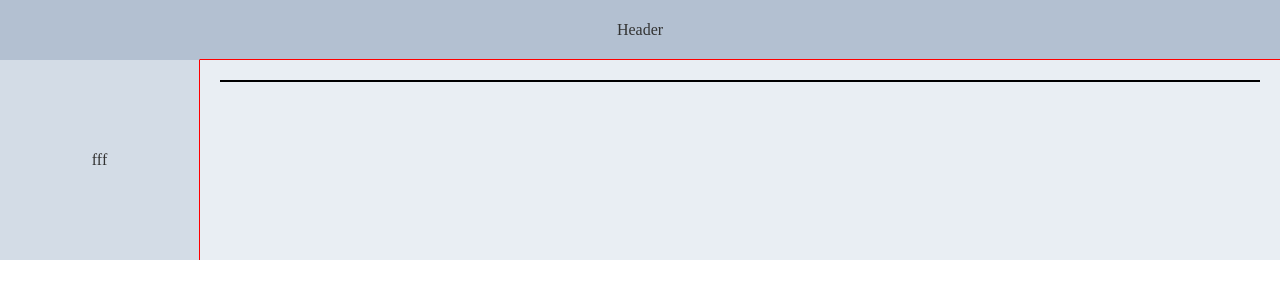
Repository: noob-injoker/router-slots-cw-ee
Page: /
These files come from the project's save history. The page is drawn as it stood at one moment and after the next save; the edit follows.
The browser window is 1280 px wide. The pictures show the whole page.
The project was rebuilt for these pictures with package versions that can differ from the ones it lists, and the page was loaded fresh each time. Also part of the build but not shown: vue.config.js, src/views/Home.vue.

Above is the page before, as saved 2020-08-30 07:24:44.

### src/main.js
import Vue from 'vue'
import App from './App.vue'
import router from './router'
import store from './store'
import './bus'
import ElementUI from 'element-ui'
import 'element-ui/lib/theme-chalk/index.css'

Vue.use(ElementUI)

Vue.config.productionTip = false

new Vue({
  router,
  store,
  render: h => h(App)
}).$mount('#app')

### src/App.vue
<template>
<div id="app">

  <router-view />

</div>
</template>

<style>
@import './styles/styles.scss';
@import './styles/common.scss';
</style>

### src/router/index.js
import Vue from 'vue'
import VueRouter from 'vue-router'
import Home from '../views/Home.vue'
import Layout from '../views/Layout.vue'

Vue.use(VueRouter)

  const routes = [
    {
      path: '/',
      name: 'Layout',
      component: Layout,
      children: [

        {
          path: 'Home',
          name: 'Home',
          component: Home
        }
        // ,
        // {
        //   path: 'cata',
        //   name: 'cata',
        //   component: () => import('../views/cata.vue')
        // }
      ]

    },
    {
      path:'/Login',
      name:"Login",
      component: () => import('../views/Login.vue'),
      meta:{
        title:'登录'
      }
    },
  // ,
  // {
  //   path: '/about',
  //   name: 'About',
  //   // route level code-splitting
  //   // this generates a separate chunk (about.[hash].js) for this route
  //   // which is lazy-loaded when the route is visited.
  //   component: () => import(/* webpackChunkName: "about" */ '../views/About.vue')
  // }

]

const router = new VueRouter({
  mode: 'history',
  base: process.env.BASE_URL,
  routes
})

export default router

### src/store/index.js
import Vue from 'vue'
import Vuex from 'vuex'
import user from './user/user'

Vue.use(Vuex)

export default new Vuex.Store({
  state: {
    some:""
  },
  mutations: {
    setSome(state,data){
      state.some = data
    }
  },
  actions: {
  },
  modules: {
    user
  }
})

### src/bus/index.js
import Vue from 'vue'
const bus = new Vue()
Vue.prototype.$bus = bus

### src/styles/styles.scss
.username .el-form-item__label,.password .el-form-item__label{
    text-align: left;
}
.button-box .el-button--primary{
    width: 160px;
}

### src/styles/common.scss
*{
  margin: 0px;
  padding: 0px;
}

.df{
  display: flex;
}
.f-1{
  flex: 1;
}
.j-center{
  display: flex;
  justify-content: center;

}
.j-bettween{
  display: flex;
  justify-content: space-between;

}
.j-around{
  display: flex;
  justify-content: space-around;
}
.j-end{
  display: flex;
  justify-content: flex-end;
}
.a-center{
  align-items: center;
}
.f-column{
  display: flex;
  flex-direction: column;
}
.p-r{
  position: relative;
}
.p-a{
  position: absolute;
}

.r1{
  border: 1px solid red;
}
.y1{
  border: 1px solid yellow;
}
.b1{
  border: 1px solid black;
}

.l-height32{
  line-height: 32px;
}
.w100{

  width: 100%;

}
.t-center{
  text-align: center;

}
.f12{
  font-size: 12px;
}

.w1170{
  width: 1170px;
}
.h100{
  height: 100px;
}
.h70{
  height: 70px;
}
.h436{
  height: 436px;
}
.h350{
  height: 350px;
}
.w1070{
  width: 1070px;
}
.h1590{
  height: 1590px;
}
.h726{
  height: 726px;
}
.w1054{
  width: 1054px;
}
.h160{
  height: 160px;
}
.w732{
  width: 732px;
}
.b2{
  border: 2px solid black;
}
.h434{
  height: 434px;

}
.h600{
  height: 600px;
}
.w1078{
  width: 1078px;
}
.h362{
  height: 362px;
}
.fs16{
  font-size: 16px;
}
.w652{
  width: 652px;

}
.h82{
  height: 82px;
}
.w1064{
  width: 1064px;
}
.h352{
  height: 352px;
}
.w286{
  width: 286px;
}
.h22{
  height: 22px;
}
.w290{
  width: 290px;
}
.h330{
  height: 330px;
}
.mt40{
  margin-top: 40px;
}
.h724{
  height: 724px;
}
.h630{
  height: 630px;

}
.w1058{
  width: 1058px;
}
.h160{
  height: 160px;
}
.w290{
  width: 290px;
}
.w738{
  width: 738px;
}
.w1170{
  width: 1170;
}
.h468{
  height: 468px;
}
.mt20{
  margin-top: 20px;
}
.h318{
  height: 318px;
}
.w652{
  width: 652px;
}
.w370{
  width: 370px;
}
.h314{
  height: 314px;
}
.g1{
  border: 1px solid gray;
}
.w146{
  width: 146px;
}
.box_content3_pic img{
  width: 100%;
  height: 100%;
}
.w488{
  width: 488px;
}
.h420{
  height: 420px;
}
.h234{
  height: 234px;
}
.w950{
  width: 950px;
}
.h68{
  height: 68px;
}
.w124{
  width: 124px;
}
.h50{
  height: 50px;
}
.w190{
  width: 190px;
}
.h44{
  height: 44px;
}
.w184{
  width: 184px;
}
.h32{
  height: 32px;
}
.h400{
  height: 400px;
}
.w1200{
  width: 1200px;
}
.w950{
  width: 950px;

}
.h630{
  height: 630px;
}
.h188{
  height: 188px;
}
.h380{
  height: 380px;
}
.h335{
  height: 335px;
}
.h138{
  height: 138px;
}
.w238{
  width: 238px;
}
.h668{
  height: 668px;
}
.h446{
  height: 446px;
}
.w460{
  width: 460px;
}
.w140{
  width: 140px;
}
.h140{
  height: 140px;
}
.w320{
  width: 320px;
}
.w950{
  width: 950px;

}
.h498{
  height: 498px;
}
.h100{
  height: 100px;
}
.h398{
  height: 398px;
}
.mb10{
  margin-bottom: 10px;
}
.w358{
  width: 358px;
}
.w440{
  width: 440px;
}
.w119{
  width: 119px;
}
.h30{
  height: 30px;
}
.w59{
  width: 59px;
}
.h88{
  height: 88px;
}
.w1000{
  width: 1000px;
}
.height{
  height: 460px;
}
.w120{
  width: 120px;
}
.h70{
  height: 70px;
}
.fs12{
  font-size: 12px;
}
.fs14{
  font-size: 14px;
}
.h509{
  height: 509px;
}
.w644{
  width: 644px;
}
.w274{
  width: 274px;
}
.w162{
  width: 274px;
}
.h104{
  height: 104px;
}
.w450{
  width: 450px;
}
.w162{
  width: 162px;
}
.h38{
  height: 38px;
}
.h40{
  height: 40px;
}
.w276{
  width: 276px;
}
.h320{
  height: 320px;
}
.w274{
  width: 274px;

}
.h76{
  height: 76px;
}
.h84{
  height: 84px;
}
.h140{
  height: 140px;
}
.h72{
  height: 72px;
}
.h80{
  height: 80px;
}
.h140{
  height: 140px;
}
.w98{
  width: 98px;
}
.w172{
  width: 172px;
}
.h310{
  height: 310px;
}
.h150{
  height: 150px;
}
.h40{
  height: 40px;
}
.pr{
  position: relative;
}
.pa{
  position: absolute;
}
.h176{
  height: 176px;
}
.w920{
  width: 920px;
}
.h122{
  height: 122px;
}
.h145{
  height: 145px;
}
.h108{
  height: 108px;
}
.h48{
  height: 48px;
}
.w612{
  width: 612px;
}
.h36{
  height: 36px;
}
.w322{
  width: 322px;
}
.w1002{
  width: 1002px;
}
.h98{
  height: 98px;
}
.h44{
  height: 44px;
}

.h328{
  height: 328px;
}
.w670{
  width: 670px;
}
.w258{
  width: 258px;
}
.h368{
  height: 368px;
}
.h308{
  height: 308px;
}
.w332{
  width: 332px;
}
.h590{
  height: 590px;
}
.h466{
  height: 466px;
}
.w242{
  width: 242px;
}
.w732{
  width: 732px;
}
.h42{
  height: 42px;
}
.w420{
  width: 420px;
}
.w270{
  width: 270px;
}
.w730{
  width: 730px;
}
.h150{
  height: 150px;
}
.w270{
  width: 270px;
}
.h120{
  height: 120px;
}
.w420{
  width: 420px;
}

.h150{
  height: 150px;
}
.w244{
  width: 244px;

}
.h276{
  height: 276px;
}
.h42{
  height: 42px;
}
.h490{
  height: 490px;
}
.f1{
  flex: 1;
}
.f5{
  flex: 5;
}
.h64{
  height: 64px;
}
.m-l-20{
  margin-left: 20px;
}
.p-l-8{

  padding-left: 8px;
}
.cw{
  color: white;
}
.bg_blue{
  background: rgb(87, 87, 128);
}
.p10{
  padding:10px;
}
.m-t-40{
  margin-top: 40px;
}
.m-t-10{
  margin-top: 10px;
}
.wb20{
  width: 20%;
}
.wb24{
  width: 24%;
}
.hb30{
  height: 30%;
}
.h60{
  height: 60px;
}
.fs22{
  font-size: 40px;
}
.h50{
  height: 50px;
}
.w200{
  width: 200px;
}
.m-t-10{
  margin-top: 10px;
}
.fw7{
  font-weight: 700;
}
.w200{
  width: 200px;
}
.h200{
  height: 200px;
}
.h602{
  height: 602px;
}
.h608{
  height: 607px;
}
.m-l-r-20{
  margin-left: 20px;
  margin-right: 20px;
}
.bgwhite{
  background: white;
}
.fixed{
  position: fixed;
}
.m-l-r-15{
  margin-left: 15px;
  margin-right: 15px;
}
.m-l-10{
  margin-left: 10px;
}
.m-t-15{
  margin-top:15px
}
.h40{
  height: 40px;
}
.bgw{
  background: white;
}
.h30{
  height: 30px;
}
.wb100{
  width: 100%;
}
.w300{
  width: 400px;
}
.h40{
  height: 40px;
}
.m-b-20{
  margin-bottom: 20px;
}
.m-t-20{
  margin-top: 20px;
}
.m-r-30{
  margin-right:30px;
}
.ccc{
  display: flex;
  align-items: center;
  justify-content: center;
}
.w00{
  width: 100%;

}
.h00{
  height: 100%;
}
.bgBlue{
  background: blue;
}
.bgBlack{
  background: black;
}
.bgGreen{
  background: green;
}

### src/views/Layout.vue
<template>
<div>
  <el-container>

    <el-header>Header</el-header>

    <el-container>

      <el-aside width="200px">
        <div class="left">fff</div>
      </el-aside>

      <el-main>

        <div class="b1">
          <router-view></router-view>
        </div>

      </el-main>

    </el-container>

  </el-container>
</div>
</template>

<script>
export default {
  name: '',
  props: {},
  components: {

  },
  data() {
    return {

    }
  },
  methods: {

  },
  mounted() {

  },
  watch: {

  },
  computed: {

  }
}
</script>

<style lang="scss" scoped>
.left {}

.el-header {
  background-color: #B3C0D1;
  color: #333;
  text-align: center;
  line-height: 60px;
  border-bottom: 1px solid red;
}

.el-aside {
  border-right: 1px solid red;
  background-color: #D3DCE6;
  color: #333;
  text-align: center;
  line-height: 200px;
  border-top: 1px solid #B3C0D1;
  margin-top: -1px;
}

.el-main {
  background-color: #E9EEF3;
  color: #333;
  text-align: center;
  line-height: 160px;
}

body>.el-container {
  margin-bottom: 40px;
}
</style>

### src/store/user/user.js
import api from '../../http/api'
import router from '../../router'
import {Message} from 'element-ui'

export default {
  // 开启命名空间 这个文件就是单独的一个vuex的模块
  namespaced: true,
  state: {
    menus: []
  },
  mutations: {
    setMenus(state, data) {
      state.menus = data
    }
  },
  actions: {
    // 所有的请求都写在actions里面
    // action里面的方法可以传两个参数 第一个参数是整个store(vuex对象) 第二个参数是请求的参数
    async getMenus({commit}) {
      let res = await api.getMenus()
      if (res.meta.status === 200) {
        // 提交mutation
        commit('setMenus', res.data)
      }
    },
    async login({commit}, {username, password}) {
      console.log(commit);
      let res = await api.login({
        username,
        password
      })
      if (res.meta.status === 200) {
        // 存储信息
        localStorage.setItem('adminToken', res.data.token)
        localStorage.setItem('adminUser', JSON.stringify(res.data))
        // 跳转路由
        router.push('/Home')
        // 提示用户
        Message.success('登录成功')
      } else {
        Message.error(res.meta.msg)
      }
    }
    // getMenus() {
    //   api.getMenus().then().catch()
    // }
  },
}

### src/http/api.js
import service from './index'

export default {
  login({username, password}) {
    return service.post('/login', {
      username,
      password
    })
  },
  getMenus() {
    return service.get('menus')
  }
}

### src/http/index.js
import axios from 'axios'
import nprogress from 'nprogress'
import {Message} from 'element-ui'


// 运行环境: 本地环境:devlpment 和线上(生产)环境: production
const isPro = process.env.NODE_ENV === 'production'

// 创建一个axios的实例
const service = axios.create({
  // 基础路径: 需要根据当前的运行环境来判断
  baseURL: isPro ? '线上的接口路径' : '/api',
  // 超时时间
  timeout: 100000
})


// 请求拦截: 每一次发请求都会做的事情
service.interceptors.request.use((config) => {
  nprogress.start()
  // 前后端鉴权
  // jwt: JSON WEB TOKEN
  // 登录成功之后 后端会返回一个令牌
  let token = localStorage.getItem('adminToken')
  if (token) {
    // 需要在请求头当中添加token
    config.headers['Authorization'] = token
  }
  return config
}, err => {
  nprogress.done()
  return Promise.reject(err)
})


// 响应拦截: 每一次接口返回数据的时候都会做的事情
service.interceptors.response.use((res) => {
  nprogress.done()
  return res.data
}, err => {
  if (err.response && err.response.status) {
    // 错误请求的状态码
    let status = err.response.status
    if (status === 400) {
      Message.error('参数错误')
    }
    if (status === 401) {
      Message.error('登录过期,请重新登录')
    }
    if (status === 403) {
      Message.error('没有权限')
    }
    if (status === 404) {
      Message.error('接口路径错误')
    }
    if (status === 500) {
      Message.error('服务器出错')
    }
    if (status === 503) {
      Message.error('服务器在维护')
    }
  }
  return Promise.reject(err)
})


export default service

Loaded but not shown: public/index.html (common file)

After the next save:
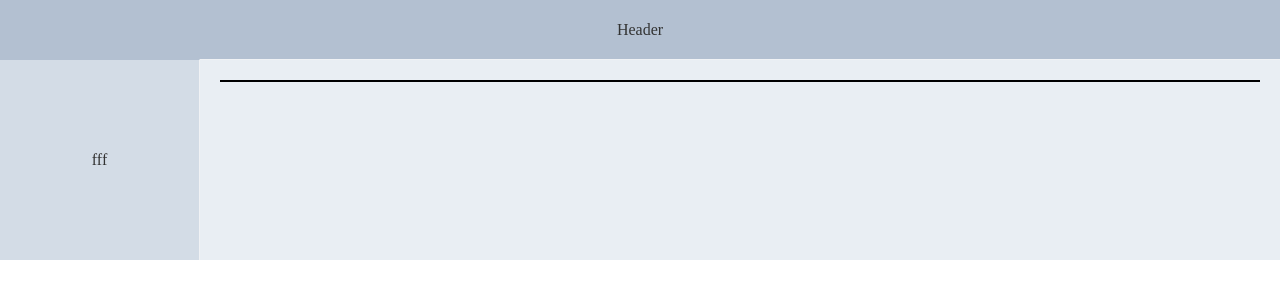
Saved 7 min 39 s later.
--- a/src/views/Layout.vue
+++ b/src/views/Layout.vue
@@ -59,11 +59,11 @@ export default {
   color: #333;
   text-align: center;
   line-height: 60px;
-  border-bottom: 1px solid red;
+  border-bottom: 1px solid #F0F2F5;
 }
 
 .el-aside {
-  border-right: 1px solid red;
+  border-right: 1px solid #F0F2F5;
   background-color: #D3DCE6;
   color: #333;
   text-align: center;
